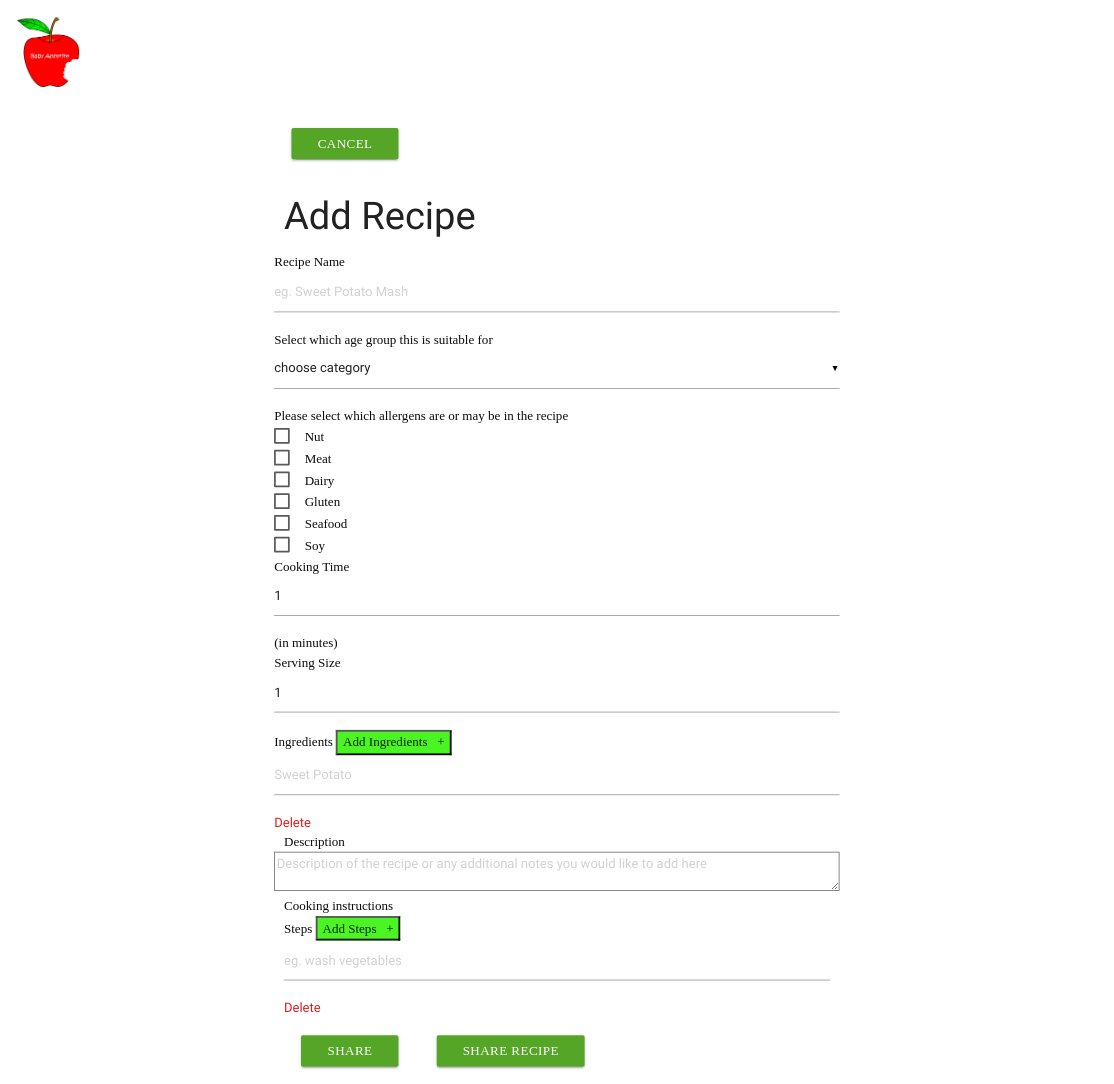
Repository: blueag8/babyappytite
Page: http://localhost/addrecipe
The author's editor kept a record of every edit. The page is drawn from the files as they stood at one moment, then again after the next edit.
The browser window is 1280 px wide. The pictures show the whole page, at 87% of full size.
Some web fonts or font styles are not loaded; a fallback is used. Some web libraries are served in a nearby version. The page is served by the project's application, run on Flask 3 (app.py). Queries for data that is not in the repository find no rows.

Above is the page before.

### templates/addrecipe.html
{% extends 'base.html'%}{% block content %}

<div class=container>
 <div class="row">
    <div class="cancel">
     <button onclick="goBack()"class="btn">Cancel</button>
     </div>
  </div>


  <h3>Add Recipe</h3>

<div class="form">
<form action="{{url_for('insert_recipe')}}" name="form" method="POST" class="col s12">


    <div class="row">
     <label class="recipe_name">Recipe Name</label>
      <input type="text" class="form-control" id="recipe_name" name="recipe_name" placeholder="eg. Sweet Potato Mash">
     </div>

      <div class="row">
      <label for="category_age">Select which age group this is suitable for</label>

        <select id="category_age" name="category_age"required>
          <option value=""disabled>choose category</option>

               {% for cat in categories %}
          <option value="{{cat.category_age}}">{{cat.category_age}}</option>
               {% endfor %}
        </select>
      </div>

 <div class="row">
  <div class = "allergens">
     <label for="allergens" name="allergen">Please select which allergens are or may be in the recipe</label>

      <div class="form-check form-check-inline">
        <input class="form-check-input" type="checkbox" id="nut" name="allergen" value="nut">
        <label class="form-check-label" for="nut">Nut</label>
      </div>

     <div class="form-check form-check-inline">
        <input class="form-check-input" type="checkbox" id="meat" name="allergn" value="meat">
        <label class="form-check-label" for="meat">Meat</label>
     </div>

     <div class="form-check form-check-inline">
        <input class="form-check-input" type="checkbox" id="dairy" name="allergen" value="dairy">
        <label class="form-check-label" for="dairy">Dairy</label>
     </div>

     <div class="form-check form-check-inline">
       <input class="form-check-input" type="checkbox" id="gluten" name="allergen" value="gluten">
        <label class="form-check-label" for="gluten">Gluten</label>
     </div>

     <div class="form-check form-check-inline">
        <input class="form-check-input" type="checkbox" id="seafood" name="allergen" value="seafood">
        <label class="form-check-label" for="seafood">Seafood</label>
      </div>

     <div class="form-check form-check-inline">
        <input class="form-check-input" type="checkbox" id="soy" name="allergen" value="soy">
        <label class="form-check-label" for="soy">Soy</label>
     </div>
   </div>
 </div>

<div class="row">
    <label for="cooking_time">Cooking Time</label>

      <input type="number" name="cooking_time" min="0" max="200" step="1" value="1">
      <label>(in minutes)</label>
  </div>

 <div class="row">
    <label for="portion_size">Serving Size</label>
    <input type="number" name="portion_size" min="0" max="200" step="1" value="1">
  </div>


 <div class="row">
    <div class= "wrapper1">
       <div class="container1">
        <label for="ingredients">Ingredients</label>
        <button class="ingredient">Add Ingredients &nbsp;
          <span>+ </span>
        </button>
        <div><input type="text" name="ingredient" placeholder="Sweet Potato">
          <a href="#" class="delete">Delete</a></div>
      </div>
    </div>
  </div>


 <div class="recipe_description">
    <label for="recipe_description">Description</label>
      <div class="row">
      <textarea class="form-control" id="recipe_description" name="recipe_description" rows="5" placeholder="Description of the recipe or any additional notes you would like to add here"></textarea>
       </div>
    </div>

 <div class="steps">
    <label for="add_steps">Cooking instructions</label>

<!-------referred to https://stackoverflow.com/questions/14853779/adding-input-elements-dynamically-to-form ----->

      <div class= "wrapper2">
        <div class="container2">
         <label for="steps">Steps</label>
          <button class="step">Add Steps &nbsp;
            <span>+ </span>
          </button>
            <div><input type="text" name="step" placeholder="eg. wash vegetables">
            <a href="#" class="delete">Delete</a></div>
            </div>
        </div>


 <!-- Modal Trigger Materialize-->
<button data-target="share_recipe" class="btn modal-trigger">Share</button>

  <!-- Modal Structure -->
  <div id="share_recipe" class="modal">
    <div class="modal-content">
      <h4>Thank you for Sharing!</h4>
       <p><img src="/static/image/submit.png"></p>
      <p>Changed your mind? Click outside this notification box to return to edit form</p>
    </div>
    <div class="modal-footer">
     <button><a class="modal-action modal-close waves-effect waves-green btn-flat">Return to recipes</a></button>
    </div>
  </div>


   <!-- Modal Trigger -->
  <button data-target="share_recipe" class="btn modal-trigger">Share Recipe</button>


  <!-- Modal Structure -->
  <div id="share_recipe" class="modal">
    <div class="modal-content">
      <h4>Thank you for sharing!</h4>
      <p><img src="/static/image/submit.png"></p>
    </div>
    <div class="modal-footer">
     <button><a href="{{url_for('home')}}" class="modal-action modal-close waves-effect waves-green btn-flat">Return to recipes</a></button>
    </div>
  </div>
</div>
</form>

 {% endblock %}

### templates/base.html
<!DOCTYPE html>
<html lang="en">
<head>
    <meta charset="UTF-8">
    <meta name="viewport" content="width=device-width, initial-scale=1.0">
    <meta http-equiv="X-UA-Compatible" content="ie=edge">

    <title>"Baby Appy-tite | Recipes for 6 months +"</title>

    <link href="https://fonts.googleapis.com/css?family=Emilys+Candy&display=swap" rel="stylesheet">
    <link rel="stylesheet" href="https://cdnjs.cloudflare.com/ajax/libs/materialize/0.100.2/css/materialize.min.css">
    <link rel="stylesheet" href="{{url_for('static', filename='css/style.css')}}" type="text/css" />
</head>
<header>
         <div class="nav-wrapper">
              <div class="navbar img">
                 <a class="icon" href="{{url_for('home')}}">
                 <img class="responsive-img" src="/static/image/babyappytite.png">
                </a>
            </div>
        </div>
      </div>
</header>
<body>
    <div class="container">
        {% block content %}{% endblock %}
    </div>


    <script src="https://cdnjs.cloudflare.com/ajax/libs/jquery/3.3.1/jquery.min.js"></script>
    <script src="https://cdnjs.cloudflare.com/ajax/libs/jquery/3.2.1/jquery.min.js"></script>
    <script src="https://cdnjs.cloudflare.com/ajax/libs/materialize/0.100.2/js/materialize.min.js"></script>

<!------------jquery referred to code for adding fields from https://www.sanwebe.com/2013/03/addremove-input-fields-dynamically-with-jquery------------------>

    <script type="text/javascript">

    $(document).ready(function(){

    var max_fields =20;
    var wrapper1 = $(".container1");
    var wrapper2 = $(".container2");
    var add_ingredient = $(".ingredient");
    var add_step = $(".step");
    var x = 1;

    $(add_ingredient).click(function(e) {
        e.preventDefault();
        if (x < max_fields) {
            x++;
            $(wrapper1).append('<div><ol><input type="text" name="ingredient"/></ol><a href="#" class="delete">Delete</a></div>'); //add input box
        } else {
            alert('You Reached the limits');
        }
    });
    $(wrapper1).on("click", ".delete", function(e) {
        e.preventDefault();
        $(this).parent('div').remove();
        x--;
    });


    $(add_step).click(function(e) {
        e.preventDefault();
        if (x < max_fields) {
            x++;
            $(wrapper2).append('<div><ol><input type="text" name="step"/></ol><a href="#" class="delete">Delete</a></div>'); //add input box
        } else {
            alert('You Reached the limits');
        }
    });
    $(wrapper2).on("click", ".delete", function(e) {
        e.preventDefault();
        $(this).parent('div').remove();
        x--;
    });


    $('.modal').modal();
    $('select').material_select();
    $('.collapsible').collapsible();

    });


    </script>






</body>

</html>

### app.py
import pymongo
import os


from bson.objectid import ObjectId
from flask import Flask, render_template, redirect, request, url_for
from flask_pymongo import PyMongo
from werkzeug.utils import secure_filename


#connect to database
app = Flask(__name__)


#set app variables
app.config["MONGO_DBNAME"] = os.environ.get("MONGO_DBNAME")
app.config["MONGO_URI"] = os.environ.get("MONGO_URI","monogodb://localhost")

app.config["SECRET_KEY"] = 'yum'


mongo = PyMongo(app)


#home page


@app.route('/')
def home():
    return render_template("index.html", categories=mongo.db.categories.find())

@app.route('/get_recipes/<category_age>', methods=["GET"])
def get_recipes(category_age):

    print(category_age)
    return render_template("recipes.html",recipes=mongo.db.recipes.find({"category_age":category_age}))

#single recipe

@app.route('/recipe/<recipe_id>')
def recipe(recipe_id):
      return render_template("recipe.html", recipes=mongo.db.recipes.find({"_id": ObjectId(recipe_id)}))

#original routes for category specific recipes

#@app.route('/sixmonth_recipes')
#def sixmonth_recipes():
   #return render_template("recipes.html", recipes=mongo.db.recipes.find({"category_age":"6 months +"}))

#@app.route('/sevenmonth_recipes')
#def sevenmonth_recipes():
    #return render_template("recipes.html", recipes=mongo.db.recipes.find({"category_age":"7 months +"}))

#@app.route('/tenmonth_recipes')
#def tenmonth_recipes():
    #return render_template("recipes.html", recipes=mongo.db.recipes.find({"category_age":"10 months +"}))

#@app.route('/twelvemonth_recipes')
#def twelvemonth_recipes():
    #return render_template("recipes.html",recipes=mongo.db.recipes.find({"category_age":"12 months +"}))

#add recipe

@app.route('/addrecipe')
def addrecipe():

    return render_template("addrecipe.html", categories=mongo.db.categories.find())

@app.route('/insert_recipe', methods=['POST'])
def insert_recipe():

    recipes=mongo.db.recipes.find()

    #if request.method == "POST":

       # if request.files:

    recipe_name=request.form["recipe_name"]
    category_age=request.form.get("category_age")
    cooking_time=int(request.form["cooking_time"])
    portion_size=int(request.form["portion_size"])
    allergens=request.form.getlist("allergen")
    ingredients=request.form.getlist("ingredient")
    recipe_description=request.form["recipe_description"]
    steps=request.form.getlist("step")
           # image = flask.request.files.get["image"]

    form={

        "recipe_name":recipe_name,
        "category_age":category_age,
        "cooking_time":cooking_time,
        "portion_size":portion_size,
        "allergen": allergens,
        "ingredient": ingredients,
        "recipe_description":recipe_description,
        "step": steps,


         }

    #image.save(os.path.join(app.config["IMAGE_UPLOADS"], filename))
    print("Image saved")

    recipes.insert_one(form)
    return redirect(url_for('home'))

#edit recipe/update recipe

@app.route('/editrecipe/<recipe_id>', methods=["GET","POST"])
def editrecipe(recipe_id):
    recipe = mongo.db.recipes.find_one({'_id': ObjectId(recipe_id)})
    categories=mongo.db.categories.find()
    return render_template('editrecipe.html', recipe=recipe, categories=categories)

@app.route('/update_recipe/<recipe_id>', methods=['POST'])
def update_recipe(recipe_id):


    #if request.method == "POST":
      # if request.files:


    recipes=mongo.db.recipes
    recipes.update( {'_id': ObjectId(recipe_id)},

    {
            'recipe_name':request.form.get("recipe_name"),
            'category_age':request.form.get("category_age"),
            'cooking_time':int(request.form["cooking_time"]),
            'portion_size':int(request.form["portion_size"]),
            'allergens':request.form.getlist('check'),
            'ingredients':request.form.getlist("ingredient"),
            'recipe_description':request.form.get("recipe_description"),
            'steps':request.form.getlist("step"),
            #'image':request.files["image"]
      })


    mongo.db.recipes.find_one_and_update(
        {'_id': ObjectId(recipe_id)},
        { '$inc': { 'stars': 1}}
    )


    return redirect(url_for('home'))

@app.route('/delete_recipe/<recipe_id>')
def delete_recipe(recipe_id):
    mongo.db.recipes.remove({'_id': ObjectId(recipe_id)})
    return redirect(url_for('home', recipe_id=recipe_id))

# routing for likes
#referred to another student's code for likes. https://github.com/Deirdre18/dumpdinners-recipe-app/blob/master/app.py

@app.route('/stars/<recipe_id>', methods=["GET", "POST"])
def stars(recipe_id):

    mongo.db.recipes.find_one_and_update(
        {'_id': ObjectId(recipe_id)},
        { '$inc': { 'stars': 1}}
    )

    return redirect(url_for('recipe', recipe_id=recipe_id))



if __name__ == '__main__':
    app.run(host=os.environ.get('IP'),
            port=int(os.environ.get('PORT')),
            debug=True)

### static/css/style.css
/*---------Navbar----------*/
.navbar {
    position: relative;
    min-height: 50px;
    margin: 20px;
    border: none;
    background-color: transparent;
}
.navbar-brand img {
    height: 50px;
}

 /* icon prefix focus color */
.input-field .prefix.active {
     color: red;
   }

.btn {
    background-color: #55a626;
    margin: 20px;
}

btn:hover, .btn-large:hover {
    background-color: #92f57c;
}

.img.icon {
    background: none;
    border: none;
}

p.recipe {
    float: right;
    background: mediumseagreen;
    padding: 15px;
    margin-right: 20px;
}

.materialize-textarea {
    width: fit-content;
}

footer {
    margin-top: 30px;
}

/*--------images---------------------*/


img {
    height: 170px;
}

img .edit {
    height: 80px;
}
.apple img {
    height: 250px;
}


.caterpillar img {
    height: 128px;
}

.card {
    margin: 20px;
    padding: 20px;
    position: relative;
    background-color: #beefaf;
    -webkit-transition: -webkit-box-shadow .25s;
    transition: -webkit-box-shadow .25s;
    transition: box-shadow .25s;
    transition: box-shadow .25s, -webkit-box-shadow .25s;
    border-radius: 2px;
}
card-body {
    font-size: large;
    text-align: justify;
    text-align: right;
    padding: 20px;
    margin: 20px;
    font-style: inherit;
}

p.recipe {
    float: right;
}

a {
    color: inherit;
}

.navbar img {
    height: 80px;
}

.form-control {
    color: #0c0c0c;
    background-color: #fff;
    background-image: none;

}
label {
   color: #0c0c0c;
    font-family: 'Emilys Candy', cursive;
    /* font-family: Emily; */
    font-size: 15px;
}

button{
    background-color: #4bf524;
    font-family: 'Emily';
}
.delete {
    color: #db1f1f;
}


/*-----Media Queries--------*/

@media (min-width: 375px)
{

.row {

    margin-bottom: 0px;
    margin-left: 0px;
}

.container-fluid {
    padding-right: 20px;
    padding-top: 20px;

}


.age img {
    height: 170px;
}
apple img {
    height: 180px;
}
.caterpillar img {
    height: 80px;
}
img.edit {
    height: 50px;
}

.modal .modal-content {
    padding: 50px;

}

col-xs-6 {
    padding: 0px;
}




}

After the next edit:
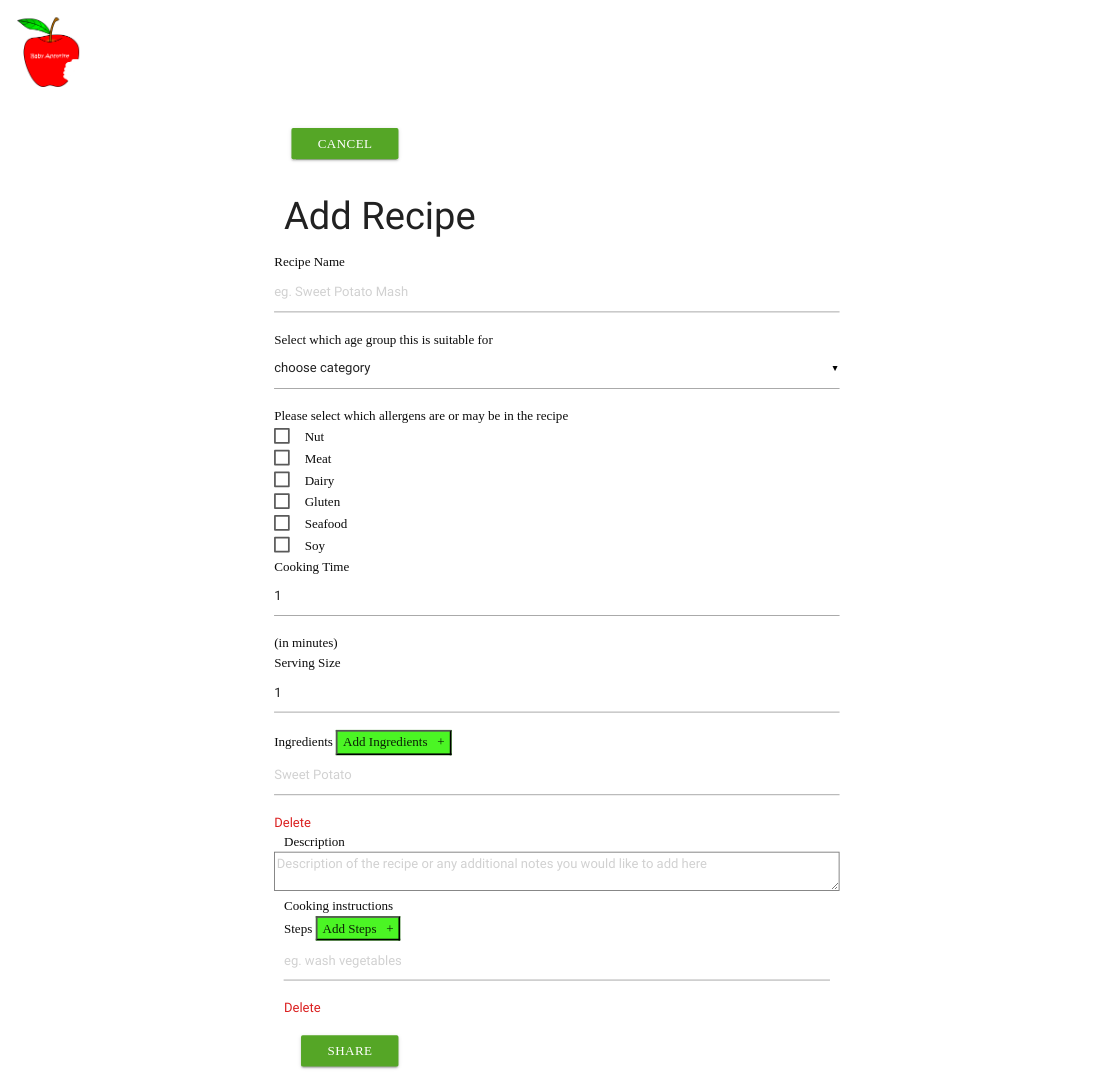
The edit:
--- a/templates/addrecipe.html
+++ b/templates/addrecipe.html
@@ -134,21 +134,6 @@
   </div>
 
 
-   <!-- Modal Trigger -->
-  <button data-target="share_recipe" class="btn modal-trigger">Share Recipe</button>
-
-
-  <!-- Modal Structure -->
-  <div id="share_recipe" class="modal">
-    <div class="modal-content">
-      <h4>Thank you for sharing!</h4>
-      <p><img src="/static/image/submit.png"></p>
-    </div>
-    <div class="modal-footer">
-     <button><a href="{{url_for('home')}}" class="modal-action modal-close waves-effect waves-green btn-flat">Return to recipes</a></button>
-    </div>
-  </div>
-</div>
 </form>
 
  {% endblock %}
